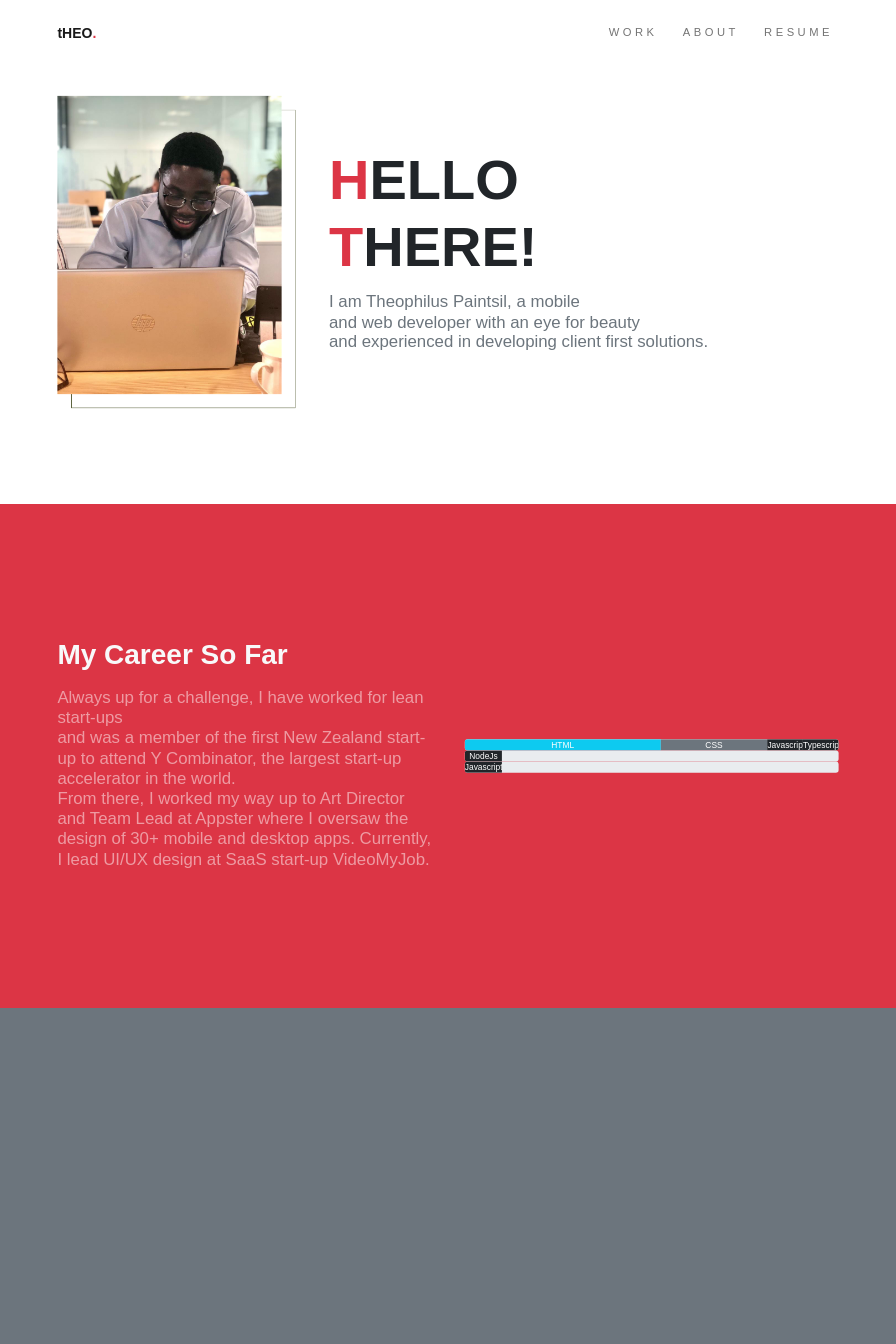
Repository: tHEO2k17/portfolio
Page: /
These files come from the project's save history. The page is drawn as it stood at one moment and after the next save; the edit follows.
The browser window is 1280 px wide. The pictures show the part of the page from y = 0 to 1920 px (the page is 3000 px tall), at 70% of full size.
The project was rebuilt for these pictures with package versions that can differ from the ones it lists, and the page was loaded fresh each time.

Above is the page before, as saved 2021-07-22 10:50:14.

### public/index.html
<!DOCTYPE html>
<html lang="en">
  <head>
    <meta charset="utf-8" />
    <link rel="icon" href="%PUBLIC_URL%/favicon.ico" />
    <meta name="viewport" content="width=device-width, initial-scale=1" />
    <meta name="theme-color" content="#000000" />
    <meta
      name="description"
      content="Web site created using create-react-app"
    />
    <link rel="apple-touch-icon" href="%PUBLIC_URL%/logo192.png" />
    <link rel="manifest" href="%PUBLIC_URL%/manifest.json" />
    <title>Theophilus Paintsil - Portfolio</title>
  </head>
  <body>
    <noscript>You need to enable JavaScript to run this app.</noscript>
    <div id="root"></div>
  </body>
</html>

### src/index.tsx
import React from 'react';
import ReactDOM from 'react-dom';
import './index.scss';
import App from './presentation/App';

ReactDOM.render(
  <React.StrictMode>
    <App />
  </React.StrictMode>,
  document.getElementById('root')
);

### src/index.scss
@import '~bootstrap/scss/bootstrap.scss';

body{
    font-family: Arial, Helvetica, sans-serif;
}
// Navbar
.navbar-light .navbar-nav{
    padding: 1.2rem 0rem;
}

.navbar-light .navbar-nav .nav-link {
   letter-spacing: 5px;
//    font-size: 14px;
}

.navbar-light .navbar-nav .nav-link:not(:last-child) {
    margin-right: 20px;
 }

### src/presentation/App.tsx
import React from 'react';
import { Switch, Route, BrowserRouter as Router, } from 'react-router-dom';
import HomePage from './pages/HomePage';

function App() {
  return (
    <Router>
      <Switch>
        <Route exact path="/" component={HomePage} />
      </Switch>
    </Router>
  );
}

export default App;

### src/presentation/pages/HomePage.tsx
import { Col, Container, Nav, Navbar, Row, Image, ProgressBar } from "react-bootstrap";

export default function HomePage() {

    return (
        <>
            <Navbar expand="lg" fixed="top" variant="light">
                <Container>
                    <Navbar.Brand href="#home">
                        <span className="fw-bold">tHEO<b className="text-danger">.</b></span>
                    </Navbar.Brand>
                    <Navbar.Toggle />
                    <Navbar.Collapse>
                        <Nav className="ms-auto">
                            <Nav.Link href="#home">WORK</Nav.Link>
                            <Nav.Link href="#home">ABOUT</Nav.Link>
                            <Nav.Link href="#link">RESUME</Nav.Link>
                        </Nav>
                    </Navbar.Collapse>
                </Container>
            </Navbar>

            <header className="min-vh-100">
                <Container>
                    <Row className="align-items-center min-vh-100 my-auto gx-5">
                        <Col md="4"> <Image src="assets/images/theo.png" fluid /> </Col>
                        <Col>
                            <h1 className="display-1 fw-bold">
                                <b className="text-danger">H</b>ELLO <br />
                                <b className="text-danger">T</b>HERE!
                            </h1>
                            <h4 className="fw-light text-muted mt-3">
                                I am Theophilus Paintsil, a mobile <br />
                                and web developer with an eye for beauty <br />
                                and experienced in developing client first solutions.
                            </h4>
                        </Col>
                    </Row>
                </Container>
            </header>

            <section className="bg-danger min-vh-100">
                {/* skills and tools */}
                <Container>
                    <Row className="align-items-center min-vh-100 my-auto gx-5 text-light">
                        <Col>
                            <h1 className="fw-bold">My Career So Far</h1>
                            <h4 className="text-white-50 mt-4">
                                Always up for a challenge, I have worked for lean start-ups<br />
                                and was a member of the first New Zealand start-up to attend Y Combinator,
                                the largest start-up accelerator in the world. <br />
                                From there, I worked my way up to Art Director and Team Lead at Appster where
                                I oversaw the design of 30+ mobile and desktop apps. Currently,
                                I lead UI/UX design at SaaS start-up VideoMyJob.
                            </h4>
                        </Col>
                        <Col>
                            <ProgressBar>
                                <ProgressBar variant="info" now={55} key={1} label="HTML" />
                                <ProgressBar variant="secondary" now={30} key={2} label="CSS" />
                                <ProgressBar variant="dark" now={10} key={3} label="Javascript" />
                                <ProgressBar variant="dark" now={10} key={3} label="Typescript" />
                            </ProgressBar>
                            <ProgressBar variant="dark" now={10} key={3} label="NodeJs" />
                            <ProgressBar variant="dark" now={10} key={3} label="Javascript" />
                        </Col>
                    </Row>
                </Container>
            </section>

            <section className="bg-secondary min-vh-100">
                {/* employment history */}
            </section>

            <section className="bg-light min-vh-100">
                {/* work gallery */}
            </section>

            <footer className="bg-dark text-white">
                <Container className="py-5">
                    <Row>
                        <Col>&copy; {new Date().getFullYear()} Theophilus Paintsil. All rights reserved </Col>
                    </Row>
                </Container>
            </footer>

        </>
    );
}

After the next save:
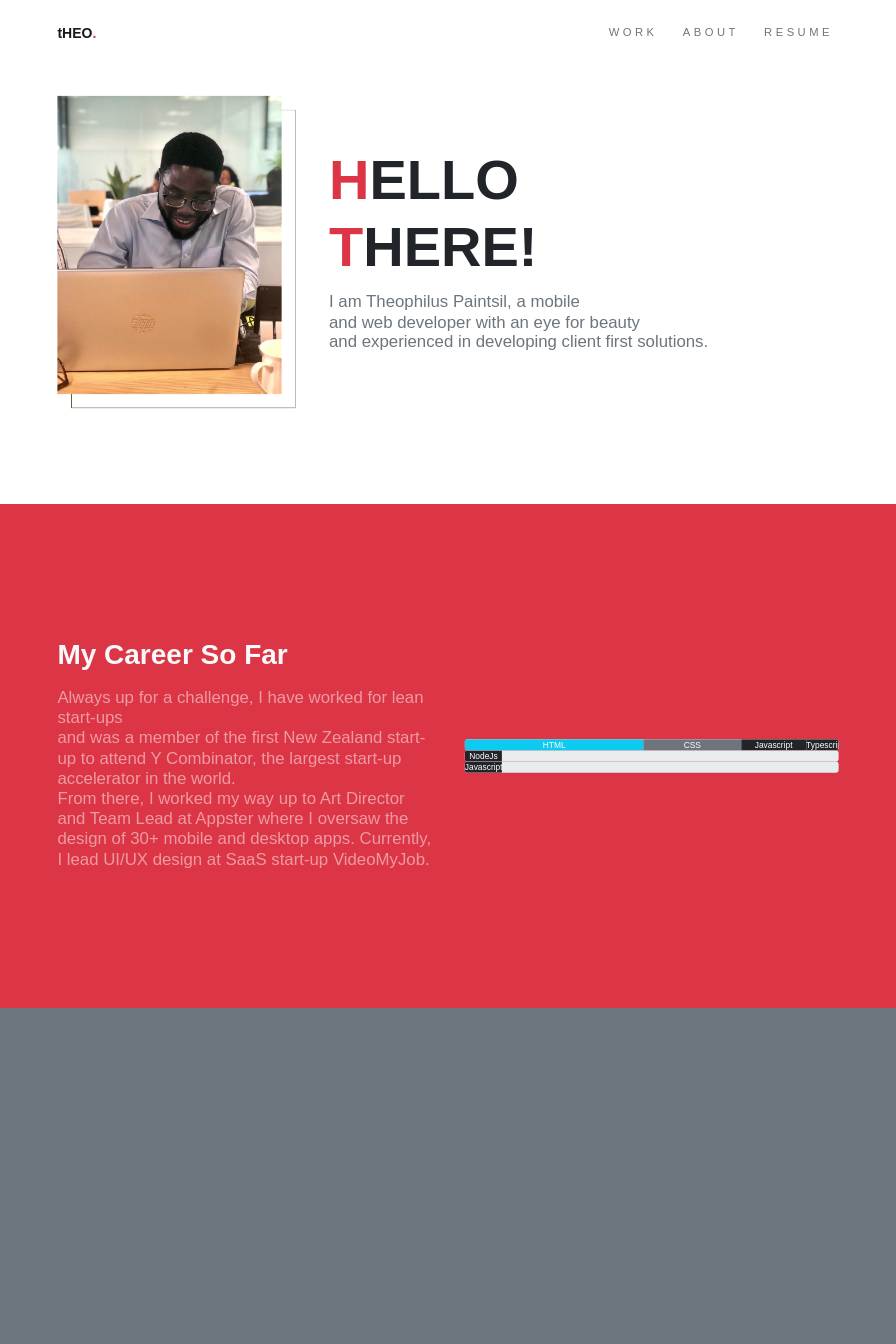
Saved 5 s later.
--- a/src/presentation/pages/HomePage.tsx
+++ b/src/presentation/pages/HomePage.tsx
@@ -58,7 +58,7 @@ export default function HomePage() {
                             <ProgressBar>
                                 <ProgressBar variant="info" now={55} key={1} label="HTML" />
                                 <ProgressBar variant="secondary" now={30} key={2} label="CSS" />
-                                <ProgressBar variant="dark" now={10} key={3} label="Javascript" />
+                                <ProgressBar variant="dark" now={20} key={3} label="Javascript" />
                                 <ProgressBar variant="dark" now={10} key={3} label="Typescript" />
                             </ProgressBar>
                             <ProgressBar variant="dark" now={10} key={3} label="NodeJs" />
